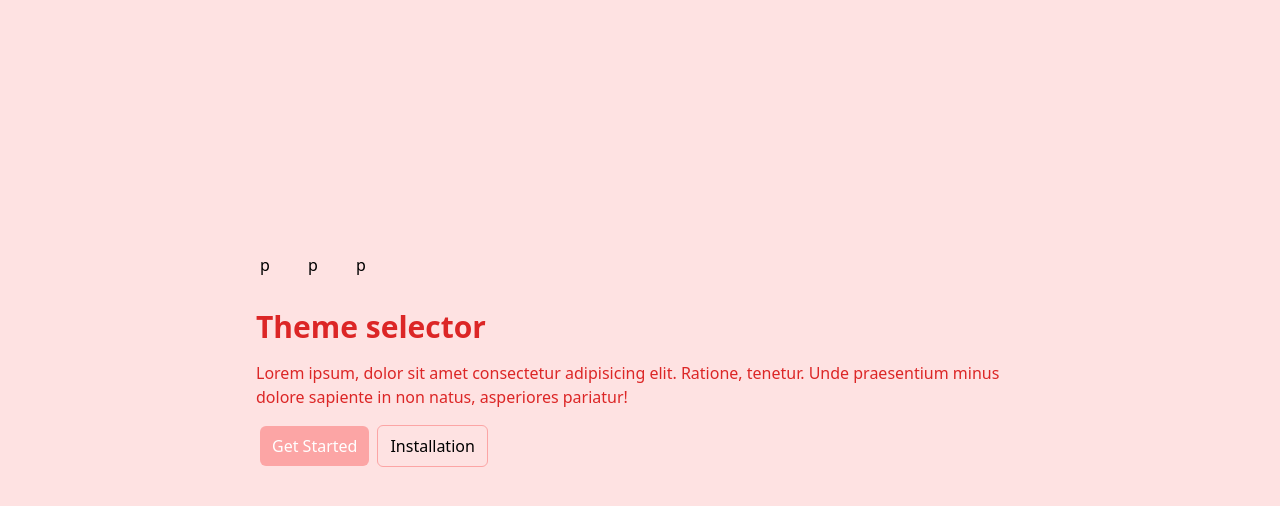
Repository: prince-bansal/tailwind-theme-switcher
Page: /
These files come from the project's save history. The page is drawn as it stood at one moment and after the next save; the edit follows.
The browser window is 1280 px wide. The pictures show the whole page.
The project was rebuilt for these pictures with package versions that can differ from the ones it lists, and the page was loaded fresh each time. Also part of the build but not shown: vite.config.ts, src/index.css.

Above is the page before, as saved 2024-03-17 19:55:59.

### src/App.tsx
import { useState } from "react";
import "./App.css";

const getClass = (color: string) => `bg-${color}-500`;

function App() {
  const [theme, setTheme] = useState("red");

  return (
    <div
      className={`theme-red bg-fill min-h-screen flex items-center justify-center`}
    >
      <div className="w-[60%] m-auto">
        <div className="flex">
          {["red", "blue", "green"].map((color) => (
            <div
              onClick={() => {
                console.log("color changes", color);
                setTheme(color);
              }}
              className={`cursor-pointer h-10 rounded-full w-10 ${getClass(
                color
              )} mx-1`}
            >
              p
            </div>
          ))}
        </div>
        <h1 className="text-3xl text-heading my-4 font-bold">Theme selector</h1>
        <p className="text-heading">
          Lorem ipsum, dolor sit amet consectetur adipisicing elit. Ratione,
          tenetur. Unde praesentium minus dolore sapiente in non natus,
          asperiores pariatur!
        </p>
        <button className="mt-4 bg-primary text-white p-2 px-3 mx-1 rounded-md">
          Get Started
        </button>
        <button className="mt-4 border-primary border p-2 px-3 mx-1 rounded-md">
          Installation
        </button>
      </div>{" "}
    </div>
  );
}

export default App;

### src/App.css
@tailwind base;
@tailwind components;
@tailwind utilities;

@layer base {
    :root {
        --heading-color: rgb(139 92 246);
        --bg-fill: rgb(219 234 254);
        --bg-button-accent: rgb(167 139 250);
        --border-color: rgb(167 139 250);
    }

    .theme-blue {
        --heading-color: rgb(30 58 138);
        --bg-fill: rgb(219 234 254);
        --bg-button-accent: rgb(139, 189, 250);
        --border-color: rgb(147 197 253);
    }

    .theme-red {
        --heading-color: rgb(220 38 38);
        --bg-fill: rgb(254 226 226);
        --bg-button-accent: rgb(252 165 165);
        --border-color: rgb(252 165 165);
    }

    .theme-green {
        --heading-color: rgb(21 128 61);
        --bg-fill: rgb(220 252 231);
        --bg-button-accent: rgb(134 239 172);
        --border-color: rgb(134 239 172);
    }
}

### tailwind.config.js
/** @type {import('tailwindcss').Config} */
export default {
  content: ["./index.html", "./src/**/*.{js,ts,jsx,tsx}"],
  theme: {
    extend: {
      colors: {
        heading: "var(--heading-color)",
      },
      backgroundColor: {
        "btn-accent": "var(--bg-button-accent)",
        fill: "var(--bg-fill)",
        primary: "var(--border-color)",
      },
      borderColor: {
        primary: "var(--border-color)",
      },
    },
  },
  plugins: [],
};

Loaded but not shown: index.html (common file); src/main.tsx (common file)

After the next save:
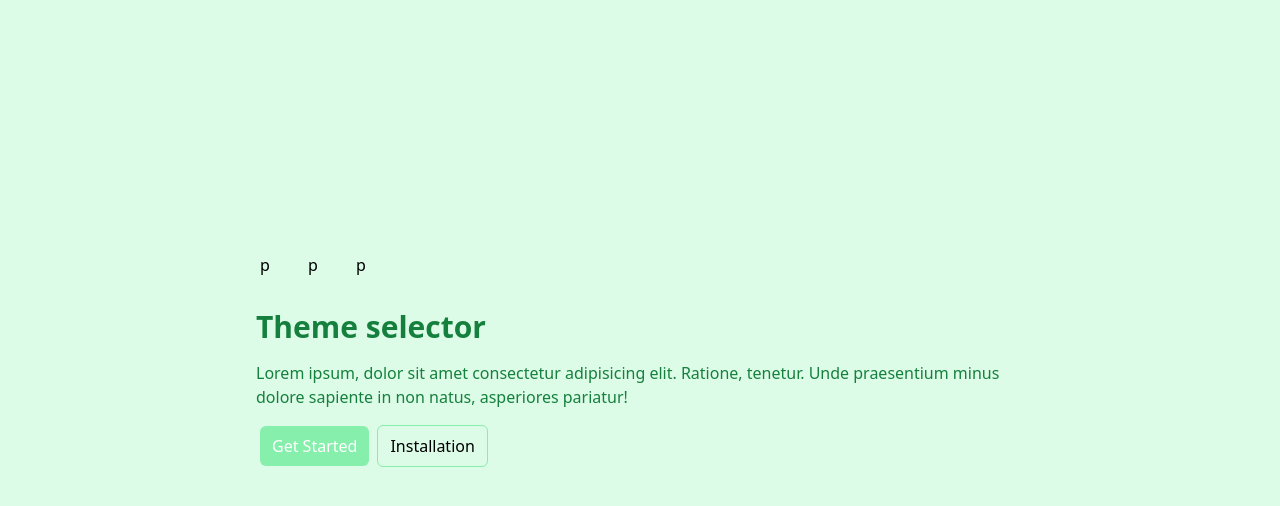
Saved 5 s later.
--- a/src/App.tsx
+++ b/src/App.tsx
@@ -8,7 +8,7 @@ function App() {
 
   return (
     <div
-      className={`theme-red bg-fill min-h-screen flex items-center justify-center`}
+      className={`theme-green bg-fill min-h-screen flex items-center justify-center`}
     >
       <div className="w-[60%] m-auto">
         <div className="flex">
